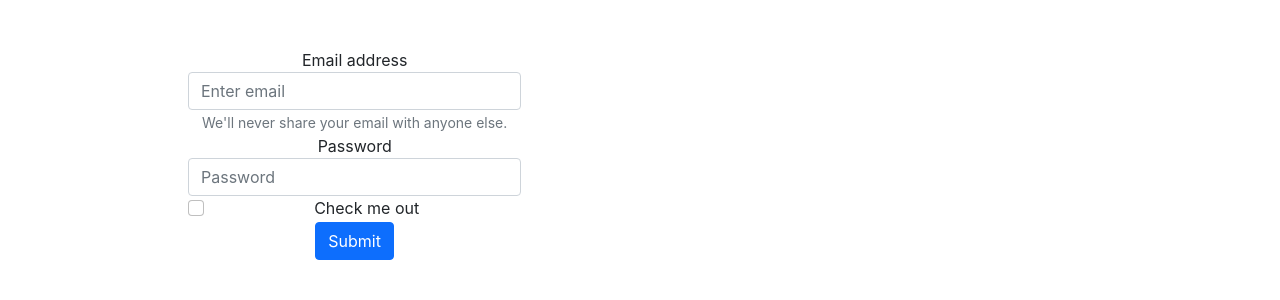
Repository: Osomhe1/bitmama2
Page: /
The author's editor kept a copy of each file at every save. The page is drawn from the files as they stood at one save, then again after a run of saves.
The browser window is 1280 px wide. The pictures show the whole page.
The project was rebuilt for these pictures with package versions that can differ from the ones it lists, and the page was loaded fresh each time.

Above is the page before, as saved 2022-05-08 19:51:09.

After the next 2 saves:
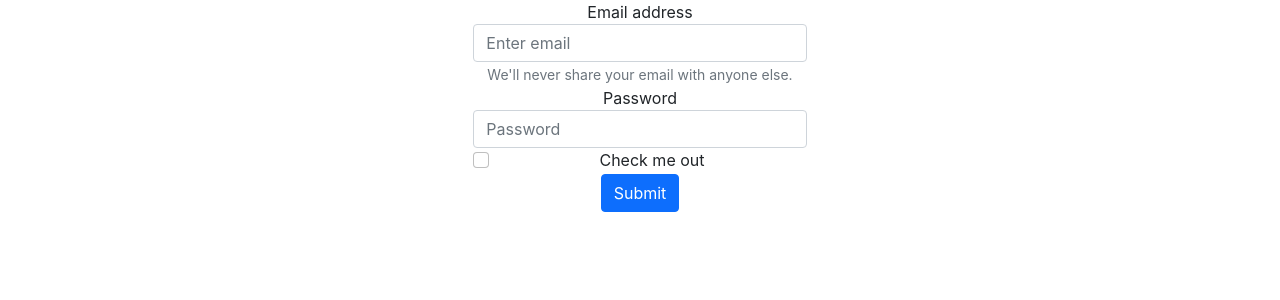
The 2 saves are shown as one change because they came seconds apart.
The last was saved 10 s later.
--- a/src/component/Login.js
+++ b/src/component/Login.js
@@ -2,7 +2,7 @@ import React from 'react'
 
 export default function Login() {
   return (
-    <div className='col-sm-12 col-md-6 col-lg-4 m-5' >
+    <div className='col-sm-12 col-md-6 col-lg-4 m-5 m-auto' >
         <form>
   <div className="form-group">
     <label for="exampleInputEmail1">Email address</label>
